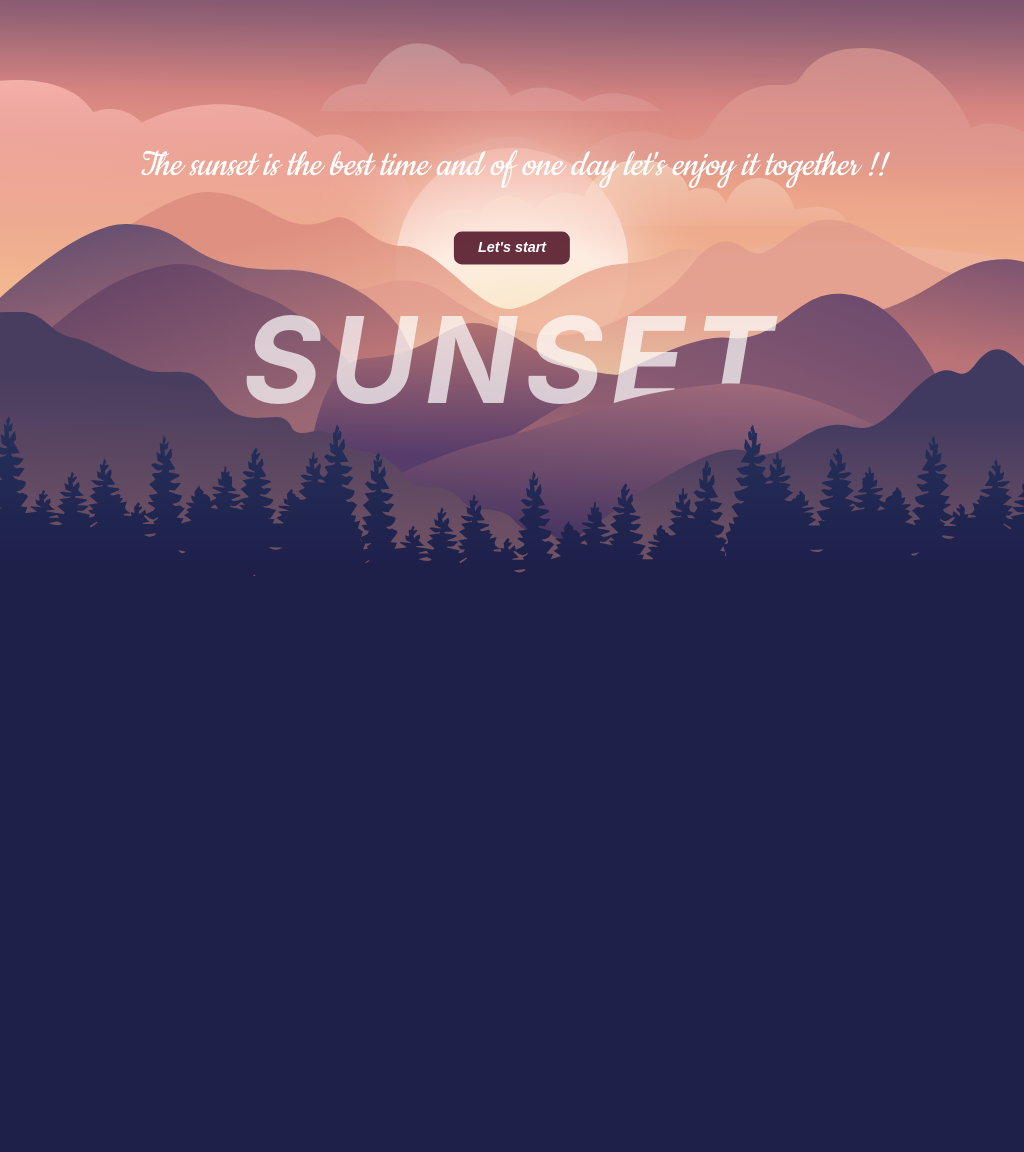
Repository: nambui98/parallax
Page: /
These files come from the project's save history. The page is drawn as it stood at one moment and after the next save; the edit follows.
The browser window is 1280 px wide. The pictures show the whole page, at 80% of full size.
The project was rebuilt for these pictures with package versions that can differ from the ones it lists, and the page was loaded fresh each time. Also part of the build but not shown: vite.config.ts.

Above is the page before, as saved 2022-03-24 14:27:52.

After the next save:
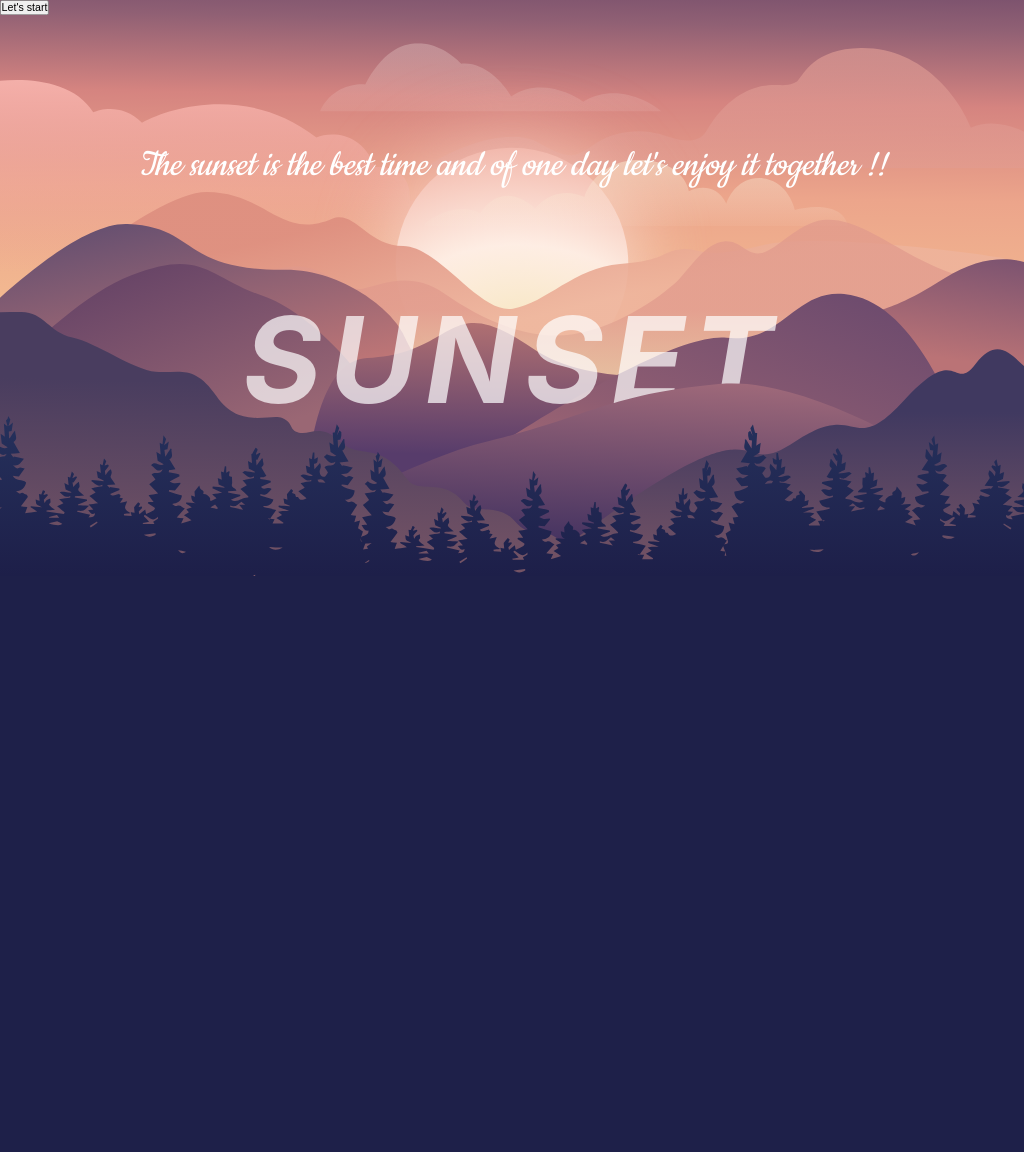
Saved 4 s later.
--- a/src/App.scss
+++ b/src/App.scss
@@ -104,19 +104,19 @@ html{
   .btn{
     z-index: 10;
 
-    position: absolute;
-    top: calc(50% - 5rem);
-    left: 50%;
-    transform: translate(-50%, -50%);
-    border: none;
-    background: rgba(65, 0, 22, 0.8);
-    font-style: italic;
-    color: #fff;
-    padding: 1rem 3rem;
-    border-radius: 1rem;
-    cursor: pointer;
-    font-size: 1.8rem;
-    font-weight: 700;
+    // position: absolute;
+    // top: calc(50% - 5rem);
+    // left: 50%;
+    // transform: translate(-50%, -50%);
+    // border: none;
+    // background: rgba(65, 0, 22, 0.8);
+    // font-style: italic;
+    // color: #fff;
+    // padding: 1rem 3rem;
+    // border-radius: 1rem;
+    // cursor: pointer;
+    // font-size: 1.8rem;
+    // font-weight: 700;
     &:hover{
       color: rgba(65, 0, 22, 0.8);
       background: transparent;
